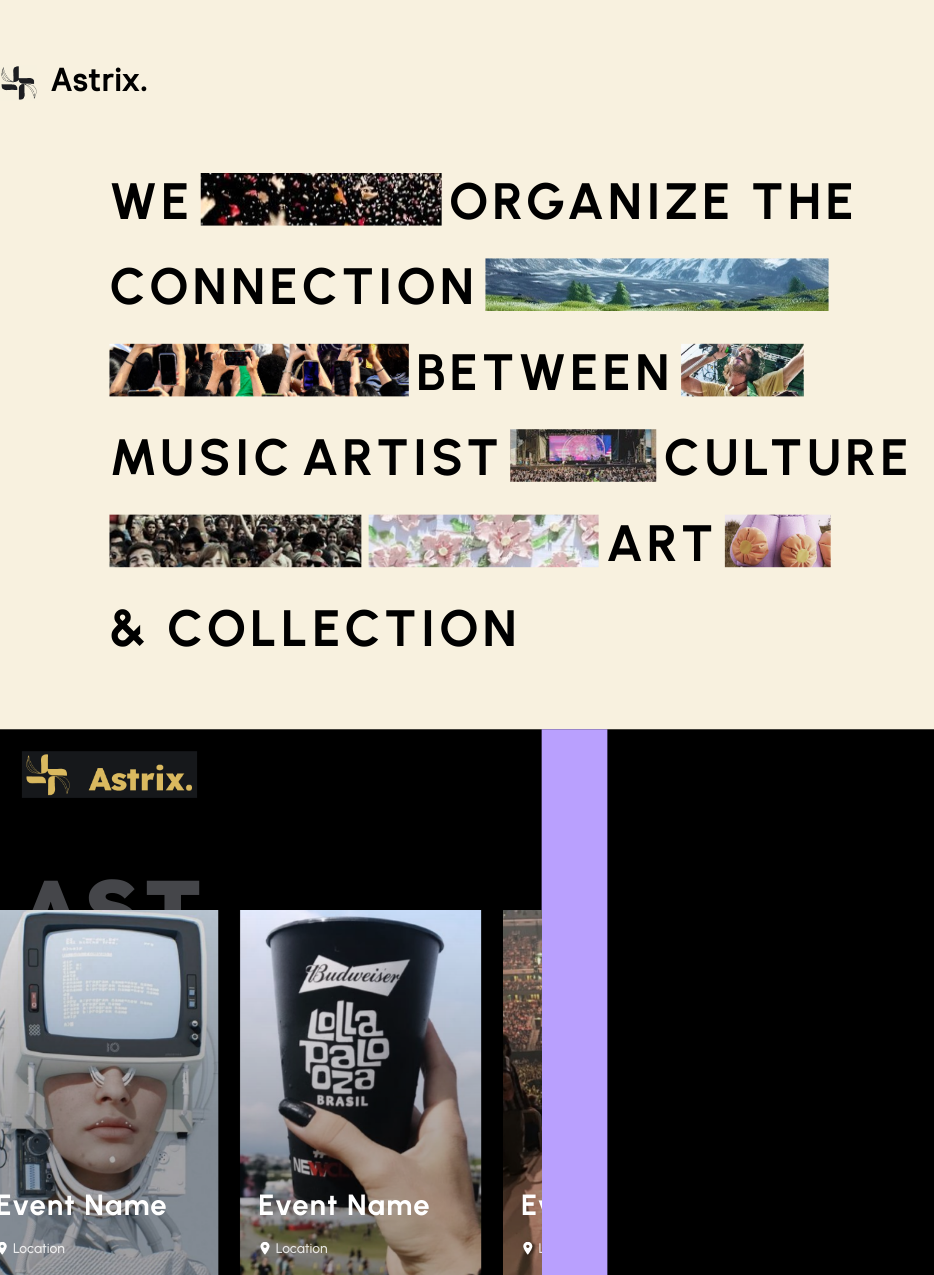
Repository: sharma171/astrix
Page: /
An editor plug-in stored every save of this project. The page is shown before and after the next save, followed by the edit.
The browser window is 1280 px wide. The pictures show the whole page, at 73% of full size.
The project was rebuilt for these pictures with package versions that can differ from the ones it lists, and the page was loaded fresh each time.

Above is the page before, as saved 2024-05-20 16:01:21.

### src/index.jsx
import React from 'react';
import ReactDOM from 'react-dom/client';
// import './index.css';
import App from './App';
import reportWebVitals from './reportWebVitals';

const root = ReactDOM.createRoot(document.getElementById('root'));
root.render(
  // <React.StrictMode>
    <App />
  // </React.StrictMode>
);

// If you want to start measuring performance in your app, pass a function
// to log results (for example: reportWebVitals(console.log))
// or send to an analytics endpoint. Learn more: https://bit.ly/CRA-vitals
reportWebVitals();

### src/App.jsx
import React from "react";
import { BrowserRouter as Router, Route, Routes } from "react-router-dom";
import Home from "./Home";
import "./component/main.css";
//fonts
import "./fonts/FUTURA45LIGHT.TTF";
import "./fonts/FUTURA55REGULAR.TTF";
import "./fonts/FUTURA65MEDIUM.TTF";
import "./fonts/FUTURA75BOLD.TTF";

function App() {
  return (
    <div>
      <Router>
        <Routes>
          <Route path="/" element={<Home/>} />
        </Routes>
      </Router>
    </div>
  );
}
export default App;

### src/Home.jsx
import React, { useState } from 'react';
import Hero from "./component/hero";
import HomeSection from './component/homesection';
const Home = () => {
    const [heroActive, setHeroActive] = useState(false);
    const handleActive = () => {
        setHeroActive(!heroActive);
    }
    return(
        <div>
            <div className={`floating-hero ${heroActive ? 'active' : ''}`} onClick={handleActive}>
                <Hero />
            </div>
            <div className="homesection">
                <HomeSection />
            </div>
        </div>
    );
}
export default Home;

### src/component/main.css
@import url('https://fonts.googleapis.com/css2?family=Urbanist:ital,wght@0,100..900;1,100..900&display=swap');

@font-face {
    font-family: "sebino";
    src: local("sebino"),
     url("../fonts/Sebino-Regular.ttf") format("truetype");
    font-weight: 500;
}
@font-face {
    font-family: "futuralight";
    src: local("futuralight"),
     url("../fonts/FUTURA45LIGHT.TTF") format("truetype");
    font-weight: light;
}
@font-face {
    font-family: "futuraregular";
    src: local("futuraregular"),
     url("../fonts/FUTURA55REGULAR.TTF") format("truetype");
    font-weight: regular;
}
@font-face {
    font-family: "futuramedium";
    src: local("futuramedium"),
     url("../fonts/FUTURA65MEDIUM.TTF") format("truetype");
    font-weight: medium;
}
@font-face {
    font-family: "futurabold";
    src: local("futurabold"),
     url("../fonts/FUTURA75BOLD.TTF") format("truetype");
    font-weight: bold;
}

*{
    padding: 0;
    margin: 0;
}
* a{
    text-decoration: none;
}
* .row-flex {
    display: flex;
    flex-direction: row;
}
* .col-flex {
    display: flex;
    flex-direction: column;
}
* .container {
    width: 100%;
    max-width: 1380px;
    margin: 0 auto;
}
* .bigcontainer {
    width: 100%;
    max-width: 1520px;
    margin: 0 auto;
}
#root {
    background: #000;
    min-height: 100vh;
}

### src/component/hero.jsx
import React from "react";
import Header from "./header";
import "./hero-overlay/css/hero.css";
import ImageOne from "./hero-overlay/images/heroimage1.jpeg";
import ImageTwo from "./hero-overlay/images/heroimage2.jpeg";
import ImageThree from "./hero-overlay/images/heroimage3.jpg";
import ImageFour from "./hero-overlay/images/heroimage4.png";
import ImageFive from "./hero-overlay/images/heroimage5.png";
import ImageSix from "./hero-overlay/images/heroimag6.png";
import ImageSeven from "./hero-overlay/images/heroimage7.png";
import ImageEight from "./hero-overlay/images/heroimage8.png";
const Hero = () => {
    return(
        <>
            <Header />
            <div className={`container`} >
                <div className={`hero-anim row-flex`}>
                    <h3 className="hero-text">WE</h3>
                    <img className="hero-image" src={ImageOne} alt="" />
                    <h3 className="hero-text">ORGANIZE THE</h3>
                    <h3 className="hero-text">CONNECTION</h3>
                    <img className="hero-image" src={ImageTwo} alt="" />
                    <img className="hero-image" src={ImageThree} alt="" />
                    <h3 className="hero-text">BETWEEN</h3>
                    <img className="hero-image" src={ImageFour} alt="" />
                    <h3 className="hero-text">MUSIC</h3>
                    <h3 className="hero-text">ARTIST</h3>
                    <img className="hero-image" src={ImageFive} alt="" />
                    <h3 className="hero-text">CULTURE</h3>
                    <img className="hero-image" src={ImageSix} alt="" />
                    <img className="hero-image" src={ImageSeven} alt="" />
                    <h3 className="hero-text">ART</h3>
                    <img className="hero-image" src={ImageEight} alt="" />
                    <h3 className="hero-text">& COLLECTION</h3>
                </div>
            </div>
        </>
    );
}
export default Hero;

### src/component/header.jsx
import React from 'react';
import { Link } from 'react-router-dom';
import "./hero-overlay/css/header.css"
import HeroLogo from './hero-overlay/images/png logo.png';

const Header = () => {
    return(
        <div className="ov-header">
            <div className="container">
                <div className="navmenu">
                    <Link to="#" className="row-flex">
                        <img
                            src={HeroLogo}
                            alt="Asterix-logo"
                            className="brand-logo"
                        />
                        <h1 className='brand-name'>Astrix.</h1>
                    </Link>
                </div>
            </div>
        </div>
    )
}

export default Header;

### src/component/hero-overlay/css/hero.css
.floating-hero {
    background: #f8f1df;
    min-height: 100vh;
    transition: all 2s;
    cursor: pointer;
    display: block;
    position: static;
    width: 100%;
    transition: all 3s ease-in-out;
    top: 0;
}
.floating-hero.active {
    display: block;
    position: fixed;
    top: -500%;
    left: 0;
}
.floating-hero .navmenu{
    padding-top: 90px;
}

.floating-hero .hero-anim {
    flex-wrap: wrap;
    row-gap: 40px;
    column-gap: 10px;
    padding-left: 150px;
    padding-top: 100px;
    padding-bottom: 100px;
}

.floating-hero .hero-anim .hero-image {
    max-height: 72px;
    object-fit: cover;
}
.floating-hero .hero-anim .hero-text {
    font-family: "Urbanist", sans-serif;
    font-size: 70px;
    letter-spacing: 6px;
    line-height: 1.1;
    font-weight: 700;
    color: #000;
}
.floating-hero .hero-anim .hero-image:nth-child(2) {
    animation-name: hero-first;
    animation-duration: 9s;
    animation-timing-function: ease-in-out;
    animation-iteration-count: infinite;
    animation-delay: 2s;
    width: 450px;
}
.floating-hero .hero-anim .hero-image:nth-child(5) {
    animation-name: hero-second;
    animation-duration: 9s;
    animation-timing-function: ease-in-out;
    animation-iteration-count: infinite;
    animation-delay: 2s;
    width: 620px;
}
.floating-hero .hero-anim .hero-image:nth-child(6) {
    animation-name: hero-third;
    animation-duration: 9s;
    animation-timing-function: ease-in-out;
    animation-iteration-count: infinite;
    animation-delay: 2s;
    width: 340px;
}
.floating-hero .hero-anim .hero-image:nth-child(11) {
    animation-name: hero-four;
    animation-duration: 9s;
    animation-timing-function: ease-in-out;
    animation-iteration-count: infinite;
    animation-delay: 2s;
    width: 300px;
}
.floating-hero .hero-anim .hero-image:nth-child(13) {
    animation-name: hero-fifth;
    animation-duration: 9s;
    animation-timing-function: ease-in-out;
    animation-iteration-count: infinite;
    animation-delay: 2s;
    width: 190px;
}
.floating-hero .hero-anim .hero-image:nth-child(14) {
    animation-name: hero-sixth;
    animation-duration: 9s;
    animation-timing-function: ease-in-out;
    animation-iteration-count: infinite;
    animation-delay: 2s;
    width: 255px;
}
@keyframes hero-first {
    0% {
        width: 450px;
    }
    25% {
        width: 330px;
    }
    50% {
        width: 330px;
    }
    75% {
        width: 450px;
    }
    100% {
        width: 450px;
    }
}
@keyframes hero-second {
    0% {
        width: 620px;
    }
    25% {
        width: 470px;
    }
    50% {
        width: 470px;
    }
    75% {
        width: 620px;
    }
    100% {
        width: 620px;
    }
}
@keyframes hero-third {
    0% {
        width: 340px;
    }
    25% {
        width: 410px;
    }
    50% {
        width: 410px;
    }
    75% {
        width: 340px;
    }
    100% {
        width: 340px;
    }
}
@keyframes hero-four {
    0% {
        width: 300px;
    }
    25% {
        width: 200px;
    }
    50% {
        width: 200px;
    }
    75% {
        width: 300px;
    }
    100% {
        width: 300px;
    }
}
@keyframes hero-fifth {
    0% {
        width: 190px;
    }
    25% {
        width: 345px;
    }
    50% {
        width: 345px;
    }
    75% {
        width: 190px;
    }
    100% {
        width: 190px;
    }
}
@keyframes hero-sixth {
    0% {
        width: 255px;
    }
    25% {
        width: 315px;
    }
    50% {
        width: 315px;
    }
    75% {
        width: 255px;
    }
    100% {
        width: 255px;
    }
}

### src/component/home.css
@import url('https://fonts.googleapis.com/css2?family=Lexend:wght@100..900&family=Roboto+Slab:wght@100..900&display=swap');

/* Carousel columns */


.homesection .car-row-col {
    width: 65%;
}
.homesection .car-row-row {
    flex-wrap: nowrap;
    width: 100%;
}
.homesection .car-col {
    width: calc(100% - 90px);
}
.homesection .tick-col {
    width: 90px;
    background: #b9a0fe;
}
.homesection .car-col .homebrand {
    margin-top: 30px;
    margin-left: 30px;
}
.homesection .car-col .homebrand img{
    width: 240px;
}

.homesection .car-col .carousel-inner {
    position: relative;
    margin: 90px 0 0 0;
}

.homesection .car-col .carousel-inner .one {
    position: absolute;
    top: 0;
    color: #45464a;
    font-family: "Lexend", sans-serif;
    font-size: 114px;
    line-height: 1;
    font-weight: 800;
    letter-spacing: 8px;
    margin-left: 30px;
    z-index: 1;
}
.homesection .car-col .carousel-inner .two {
    position: absolute;
    bottom: 60px;
    color: #45464a;
    font-family: "Lexend", sans-serif;
    font-size: 114px;
    line-height: 1;
    font-weight: 800;
    letter-spacing: 8px;
    margin-left: 30px;
    z-index: 1;
}
.homesection .car-col .carousel-inner .carousel-box {
    z-index: 10;
    position: relative;
    padding-top: 60px;
    padding-left: 28%;
    gap: 30px;
    display: flex;
    flex-direction: row;
    overflow: hidden;
}
.homesection .car-col .carousel-inner .carousel-box .car-item {
    height: 500px;
    width: 330px;
    max-height: 500px;
    max-width: 330px;
    position: relative;
    animation-name: carousel;
    animation-delay: 2s;
    animation-duration: 14s;
    animation-iteration-count:infinite;
    animation-timing-function: ease-in-out;
}
.homesection .car-col .carousel-inner .carousel-box .car-item:nth-child(n) .overlay {
    animation-name: visible1;
    animation-delay: 2s;
    animation-duration: 14s;
    animation-iteration-count:infinite;
    animation-timing-function: ease-in-out;
    opacity: 0;
}
.homesection .car-col .carousel-inner .carousel-box .car-item:nth-child(n) .overlay {
    animation-name: visiblen(n);
    animation-delay: 2s;
    animation-duration: 14s;
    animation-iteration-count:infinite;
    animation-timing-function: ease-in-out;
    opacity: 0;
}
@keyframes carousel {
    0% {
        transform: translate(0%);
    }
    3% {
        transform: translate(-80%);
    }
    5% {
        transform: translate(-75%);
    }
    25% {
        transform: translate(-75%);
    }
    28% {
        transform: translate(-190%);
    }
    30% {
        transform: translate(-184%);
    }
    50% {
        transform: translate(-184%);
    }
    53% {
        transform: translate(-300%);
    }
    55% {
        transform: translate(-294%);
    }
    75% {
        transform: translate(-294%);
    }
    78% {
        transform: translate(10%);
    }
    80% {
        transform: translate(-0%);
    }
    100% {
        transform: translate(0%);
    }
}
@keyframes visible1 {
    0% {
        opacity: 0;
    }
    5% {
        opacity: 1;
    }

    75% {
        opacity: 1;
    }
    80% {
        opacity: 0;
    }
    100% {
        opacity: 0;
    }
}

@keyframes visible2 {
    0% {
        opacity: 1;
    }
    5% {
        opacity: 0;
    }
    25% {
        opacity: 0;
    }
    28% {
        opacity: 1;
    }
    100% {
        opacity: 1;
    }
}
@keyframes visible3 {
    0% {
        opacity: 1;
    }
    25% {
        opacity: 1;
    }
    30% {
        opacity: 0;
    }
    50% {
        opacity: 0;
    }
    53% {
        opacity: 1;
    }
    55% {
        opacity: 1;
    }
    75% {
        opacity: 1;
    }
    78% {
        opacity: 1;
    }
    80% {
        opacity: 1;
    }
    100% {
        opacity: 1;
    }
}
@keyframes visible4 {
    0% {
        opacity: 1;
    }
    50% {
        opacity: 1;
    }
    55% {
        opacity: 0;
    }
    75% {
        opacity: 0;
    }
    78% {
        opacity: 1;
    }
    80% {
        opacity: 1;
    }
    100% {
        opacity: 1;
    }
}



.homesection .car-col .carousel-inner .carousel-box .car-item .carimg {
    height: 500px;
    width: 330px;
    max-height: 500px;
    max-width: 330px;
    object-fit: cover;
}

.homesection .car-col .carousel-inner .carousel-box .car-item .overlay {
    position: absolute;
    top: 0;
    left: 0;
    width: 100%;
    height: 100%;
    display: flex;
    justify-content: flex-end;
    align-items: flex-start;
    color: #fff;
    font-family: "Urbanist", sans-serif;
    background: linear-gradient(0deg, rgb(0 0 0 / 29%) 40%, rgb(0 0 0 / 0%) 100%);
}

.homesection .car-col .carousel-inner .carousel-box .car-item .overlay .eventname {
    font-size: 40px;
    font-weight: 700;
    line-height: 1;
    margin: 25px 25px 30px 25px;
    letter-spacing: 1.7px;
}
.homesection .car-col .carousel-inner .carousel-box .car-item .overlay .location {
    margin: 0px 25px 25px 25px;
    gap: 6px
}
.homesection .car-col .carousel-inner .carousel-box .car-item .overlay .location .icon {
    width: 18px;
    height: 18px;
}
.homesection .car-col .carousel-inner .carousel-box .car-item .overlay .location span {
    font-size: 19px;
    font-weight: 500;
    line-height: 1.1;
    color: #ffffffd6;
}


/* //Event columns */
.homesection .evnt-col{
    width: 35%;
}

### src/component/hero-overlay/css/header.css
.ov-header .navmenu .brand-logo {
    width: 50px;
    height: auto;
}
.ov-header .brand-name {
    font-family: "sebino";
    color: black;
    font-size: 43px;
    line-height: 0.8;
    align-self: center;
    margin-left: 20px;
    letter-spacing: 1.5px;
}

Loaded but not shown: public/index.html (common file); src/reportWebVitals.js (common file); src/component/homesection.js (80 lines, source omitted)

After the next save:
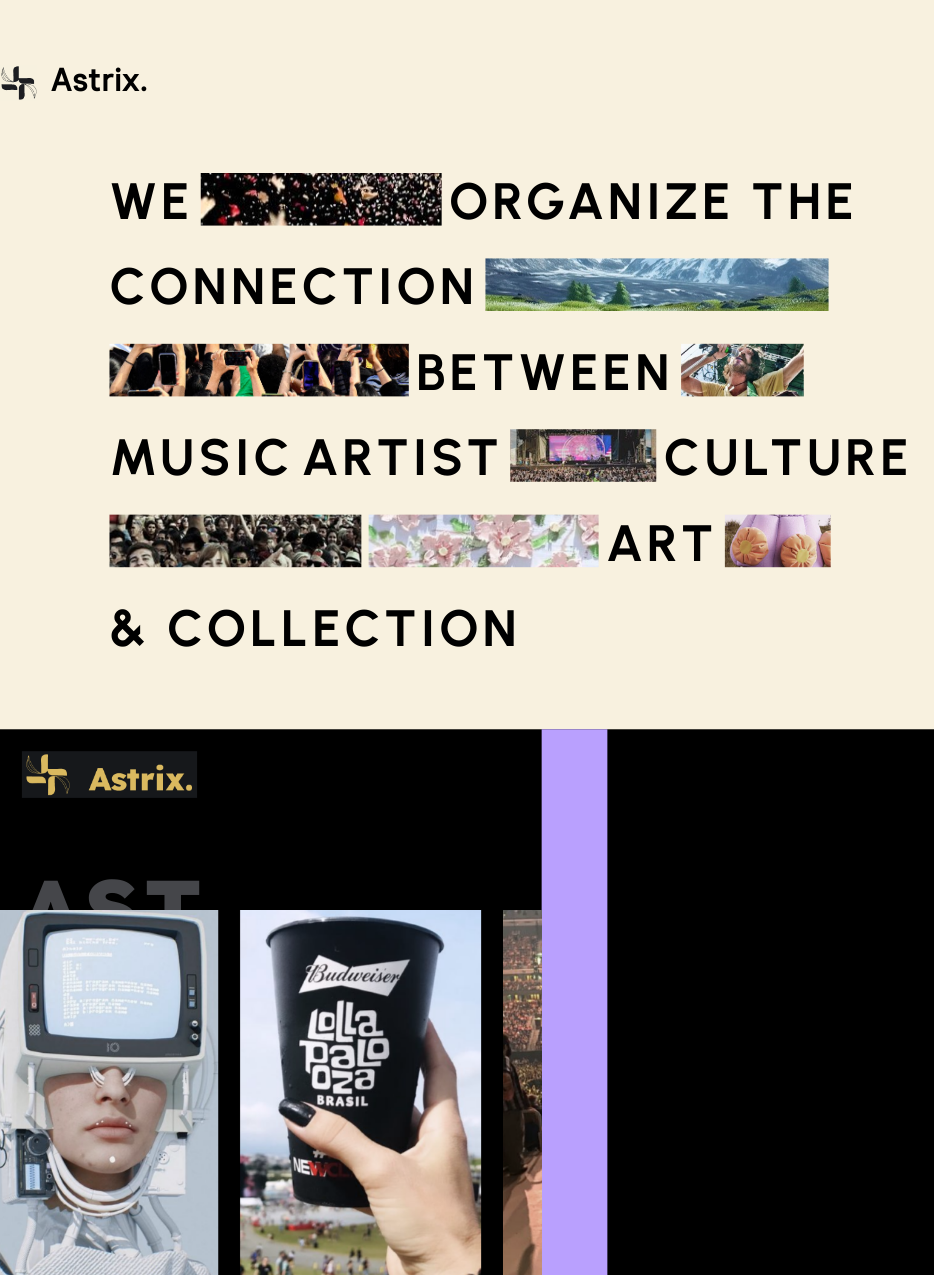
Saved 7 s later.
--- a/src/component/home.css
+++ b/src/component/home.css
@@ -77,7 +77,7 @@
     animation-timing-function: ease-in-out;
 }
 .homesection .car-col .carousel-inner .carousel-box .car-item:nth-child(n) .overlay {
-    animation-name: visible1;
+    animation-name: visible(n);
     animation-delay: 2s;
     animation-duration: 14s;
     animation-iteration-count:infinite;

After the save that followed:
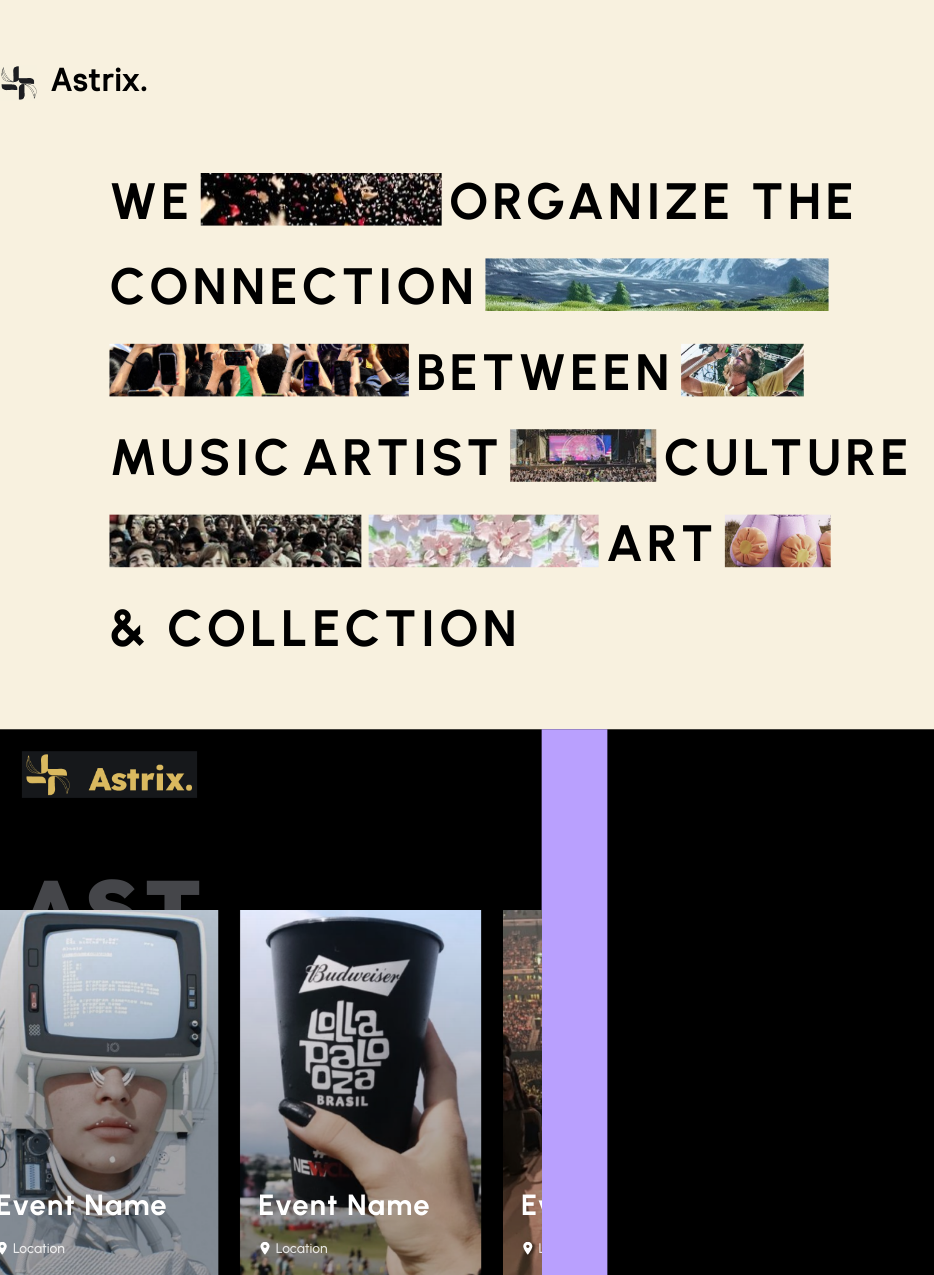
Saved 11 s later.
--- a/src/component/home.css
+++ b/src/component/home.css
@@ -77,7 +77,7 @@
     animation-timing-function: ease-in-out;
 }
 .homesection .car-col .carousel-inner .carousel-box .car-item:nth-child(n) .overlay {
-    animation-name: visible(n);
+    animation-name: visible1;
     animation-delay: 2s;
     animation-duration: 14s;
     animation-iteration-count:infinite;
